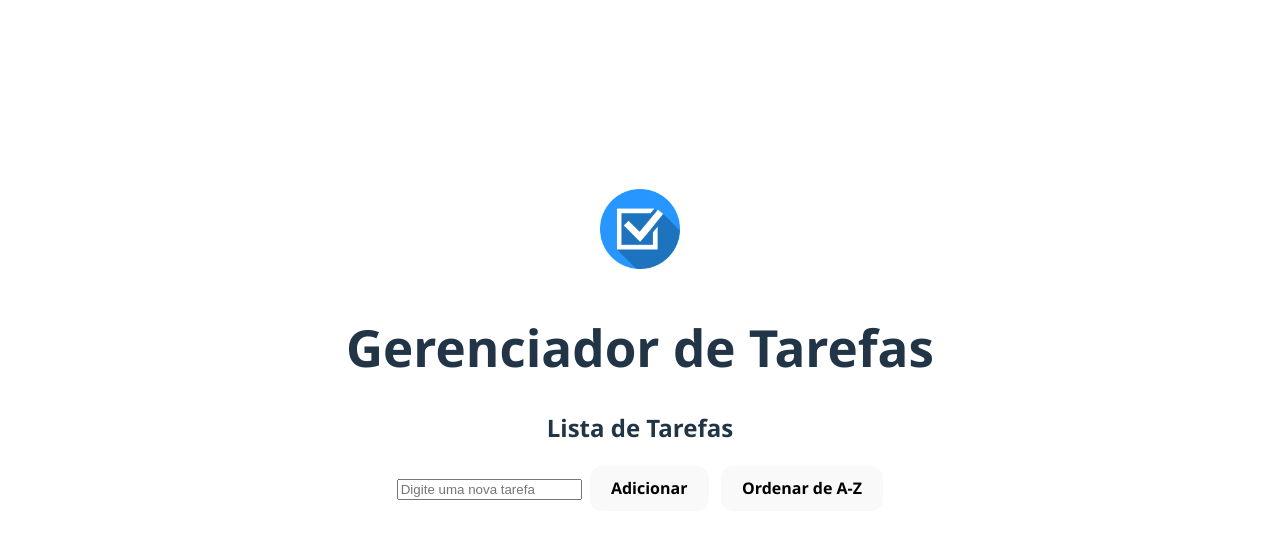
Repository: GustaPit/gerenciador-de-tarefas
Page: /
The author's editor kept a copy of each file at every save. The page is drawn from the files as they stood at one save, then again after the next save.
The browser window is 1280 px wide. The pictures show the whole page.
The project was rebuilt for these pictures with package versions that can differ from the ones it lists, and the page was loaded fresh each time. Also part of the build but not shown: vite.config.js.

Above is the page before, as saved 2025-04-10 14:29:26.

After the next save:
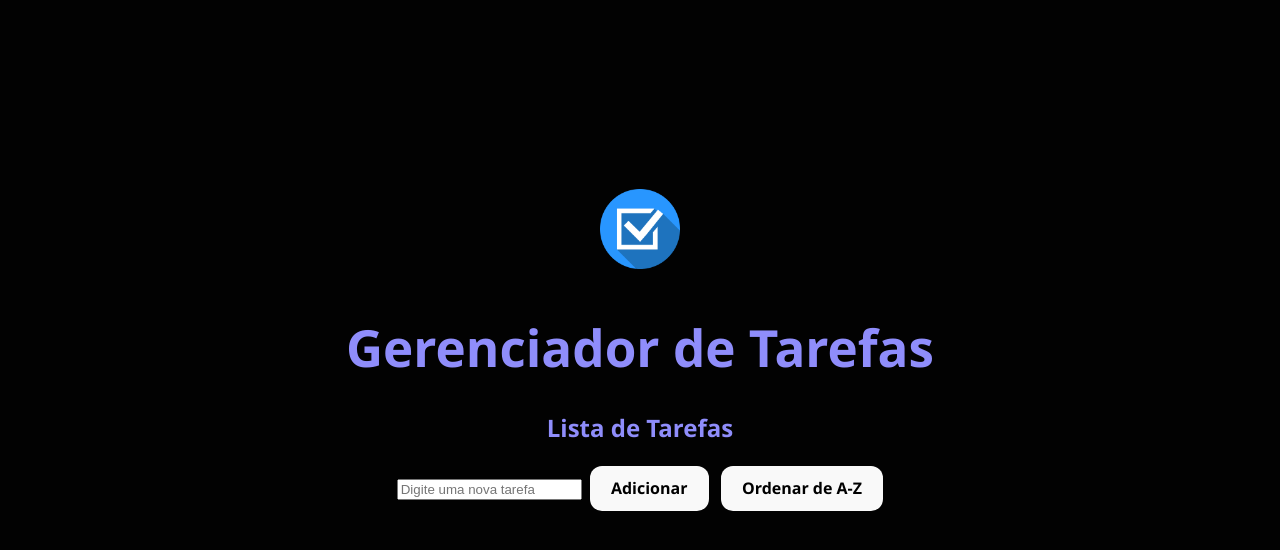
Saved 7 min 9 s later.
--- a/src/index.css
+++ b/src/index.css
@@ -3,9 +3,7 @@
   line-height: 1.5;
   font-weight: 400;
 
-  color-scheme: light dark;
-  color: rgba(145, 143, 255, 0.986);
-  background-color: #020202;
+
 
   font-synthesis: none;
   text-rendering: optimizeLegibility;
@@ -28,6 +26,9 @@ body {
   place-items: center;
   min-width: 320px;
   min-height: 100vh;
+  color-scheme: light dark;
+  color: rgba(145, 143, 255, 0.986);
+  background-color: #020202;
 }
 
 h1 {
